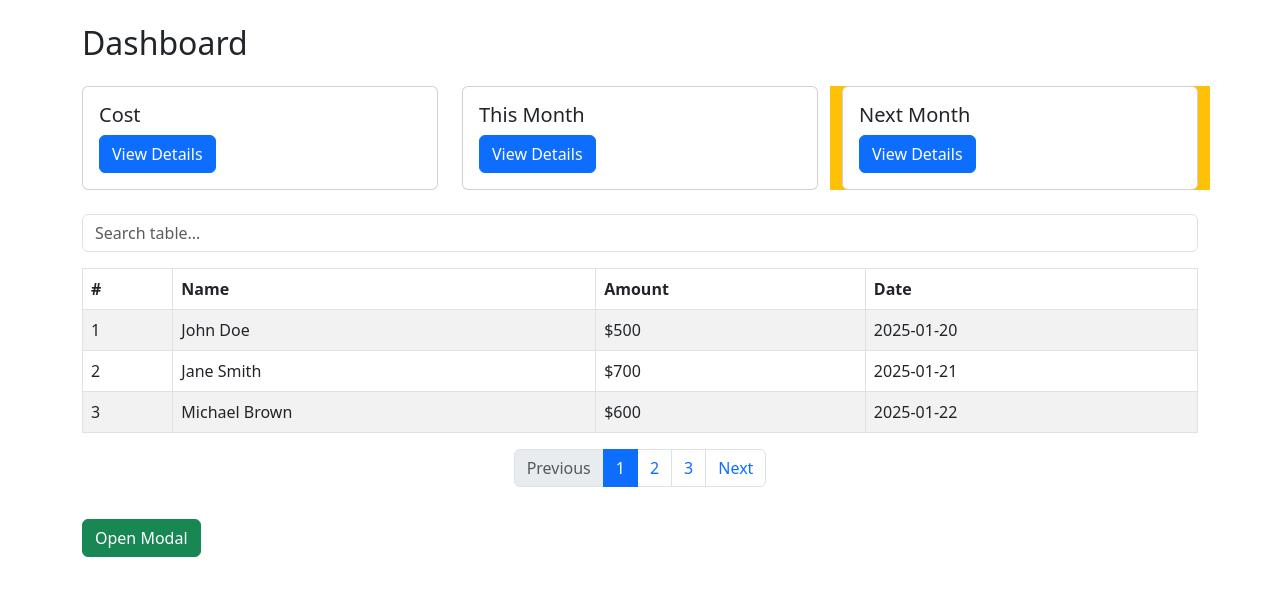
Repository: Dayvid0/BOOTSTRAP-TUTORIALS
Page: BOOTSTRAP-GRID-LAYOUTS/chatgpt.demo.html
These files come from the project's save history. The page is drawn as it stood at one moment and after the next save; the edit follows.
The browser window is 1280 px wide. The pictures show the whole page.

Above is the page before, as saved 2025-02-01 13:36:52.

After the next save:
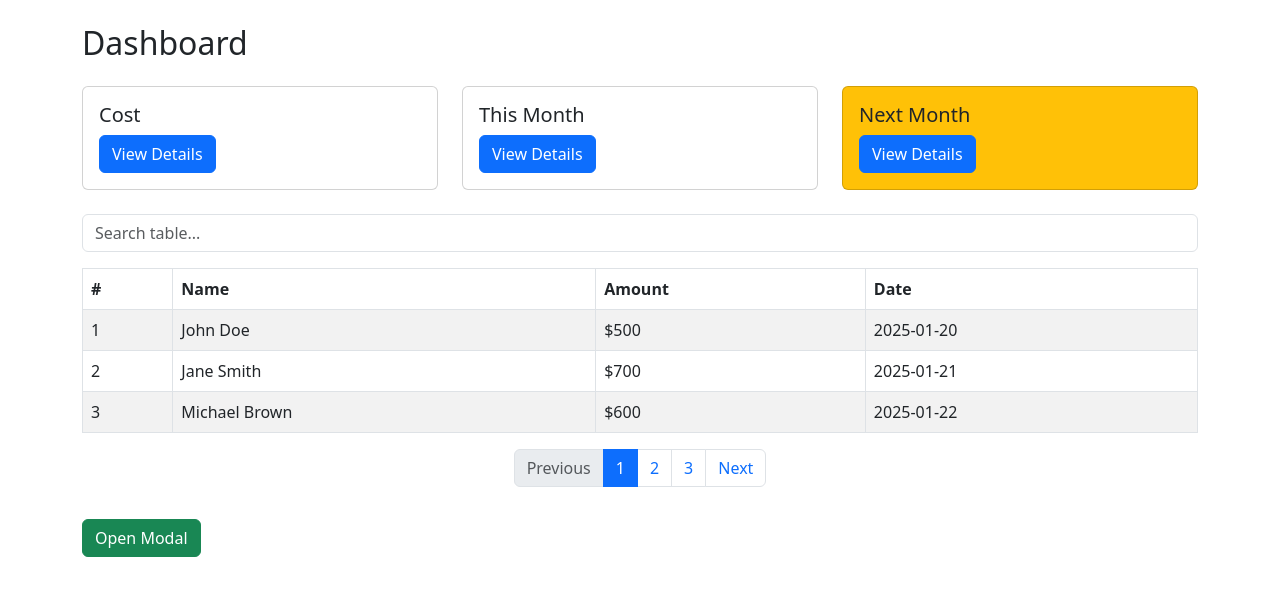
Saved 19 s later.
--- a/BOOTSTRAP-GRID-LAYOUTS/chatgpt.demo.html
+++ b/BOOTSTRAP-GRID-LAYOUTS/chatgpt.demo.html
@@ -35,8 +35,8 @@
                 </div>
             </div>
             <!-- Next Month Card -->
-            <div class="col-md-4 bg-warning">
-                <div class="card">
+            <div class="col-md-4">
+                <div class="card bg-warning">
                     <div class="card-body">
                         <h5 class="card-title">Next Month</h5>
                         <button class="btn btn-primary" type="button" data-bs-toggle="collapse" data-bs-target="#collapseNextMonth" aria-expanded="false">View Details</button>
